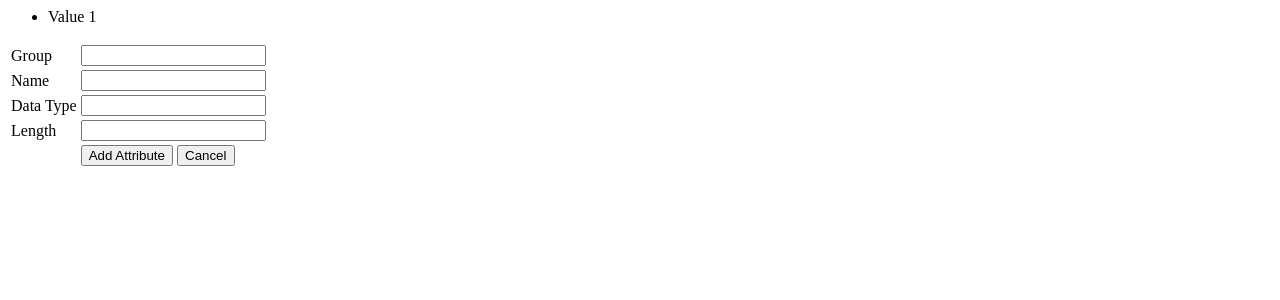
Repository: joliest/MyGits
Page: http://localhost/MiniTracker/Attribute.jsp
The author's editor kept a copy of each file at every save. The page is drawn from the files as they stood at one save, then again after the next save.
The browser window is 1280 px wide. The pictures show the whole page.
The page is served by Tomcat 9.

Above is the page before, as saved 2017-10-08 09:49:38.

After the next save:
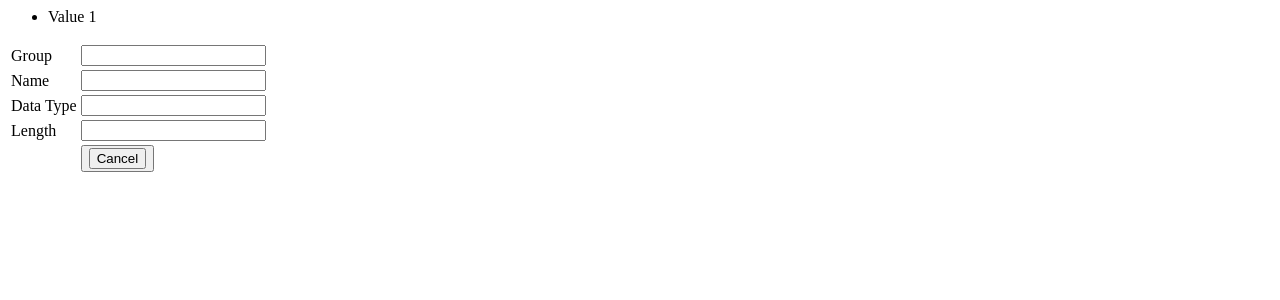
Saved 9 s later.
--- a/Java/Project_JIRA/MiniTracker/WebContent/Attribute.jsp
+++ b/Java/Project_JIRA/MiniTracker/WebContent/Attribute.jsp
@@ -32,7 +32,7 @@
 				</tr>
 				<tr>
 					<td></td>
-					<td><input type="button" value="Add Attribute" id="addAttribute" onClick="addAttribute(add)">
+					<td><button type="button" value="Add Attribute" id="addAttribute" onClick="addAttribute(add)">
 						<input type="button" value="Cancel">
 					</td>
 				</tr>
